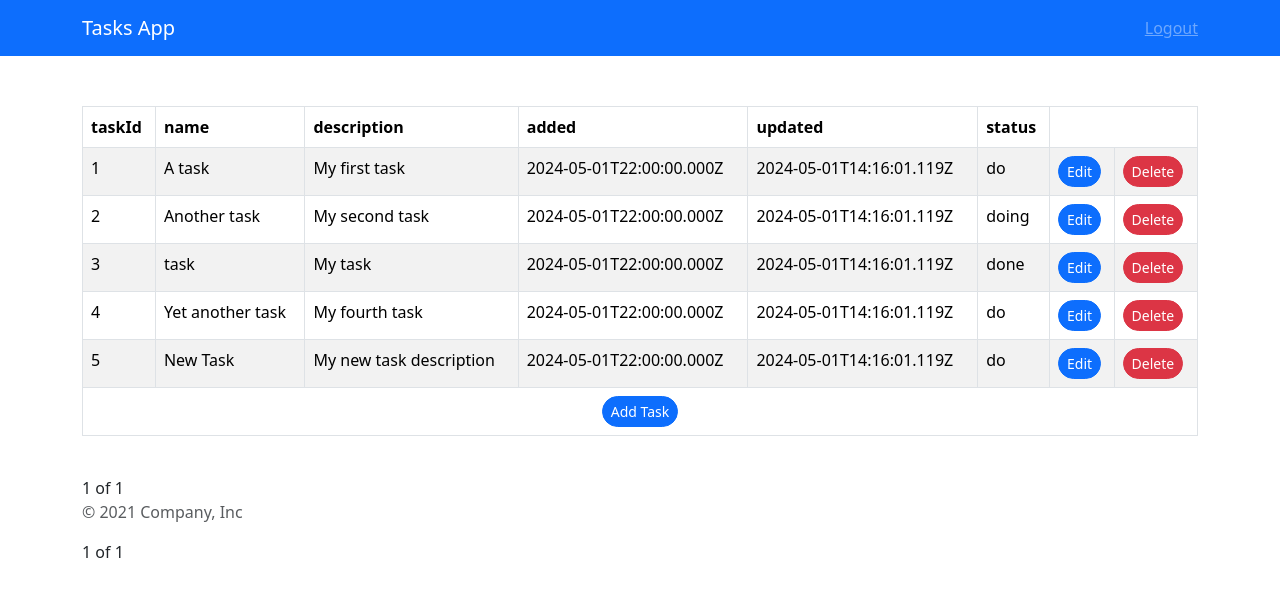
Repository: trider/react-task-manager
Page: /#/tasks
An editor plug-in stored every save of this project. The page is shown before and after the next save, followed by the edit.
The browser window is 1280 px wide. The pictures show the whole page.
The project was rebuilt for these pictures with package versions that can differ from the ones it lists, and the page was loaded fresh each time. Also part of the build but not shown: src/App.css, src/data/_Users.js, src/pages/Login.js.

Above is the page before, as saved 2024-05-07 17:49:38.

After the next save:
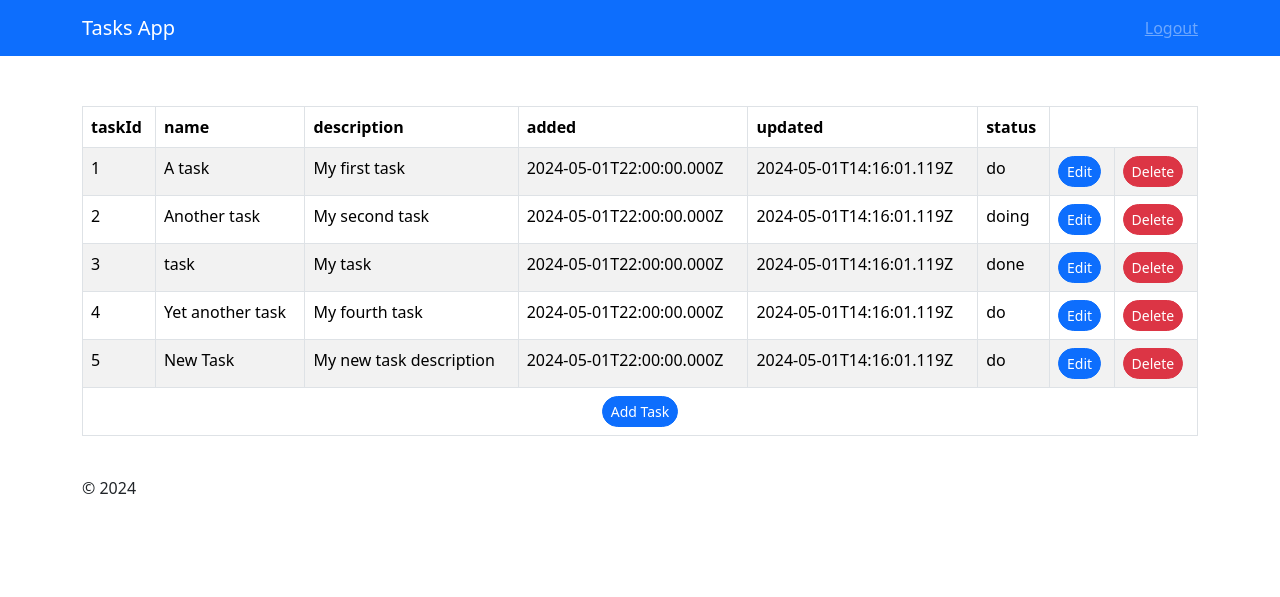
Saved 15 s later.
--- a/src/components/Footer.js
+++ b/src/components/Footer.js
@@ -1,22 +1,14 @@
 import * as React from 'react';
 import Container from 'react-bootstrap/Container';
-import Row from 'react-bootstrap/Row';
-import Col from 'react-bootstrap/Col';
 
 const Footer = () => {
- return (
-  <footer style={{ paddingTop: '10%' }} className='class="d-flex flex-wrap justify-content-between align-items-center py-3 my-4 border-top">'>
-   <Container >
-
-    <Row>
-    <Col>1 of 1</Col>
-    <p className="text-muted">© 2021 Company, Inc</p>
-     <Col>1 of 1</Col>
-    </Row>
-
-   </Container>
-  </footer>
- );
+  return (
+    <footer style={{paddingTop:'10%'}} className='class="d-flex flex-wrap justify-content-between align-items-center py-3 my-4 border-top">'>
+      <Container >
+        <p>&copy; 2024</p>
+      </Container>
+    </footer>
+  );
 }
 
 export default Footer;
